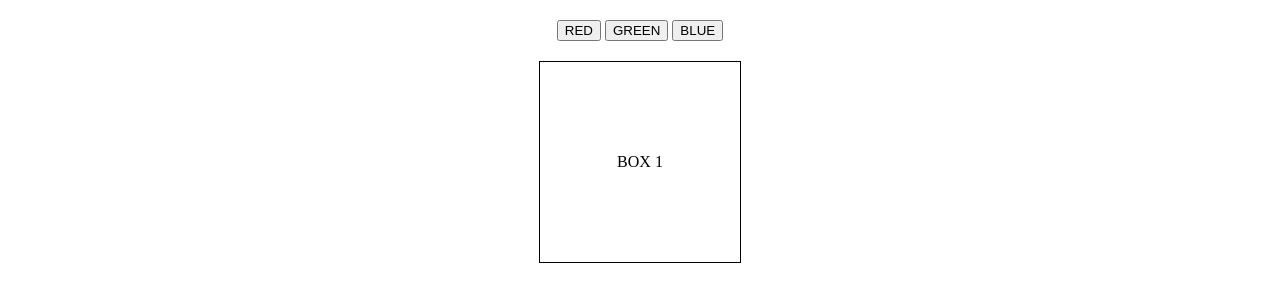
Repository: shinsil0601/webstudy
Page: 03_JavaScript/src/main/webapp/day02/ex16_event.html
An editor plug-in stored every save of this project. The page is shown before and after the next save, followed by the edit.
The browser window is 1280 px wide. The pictures show the whole page.
After loading, the first visible `button` was clicked once.

Above is the page before, as saved 2023-06-28 07:17:49.

After the next save:
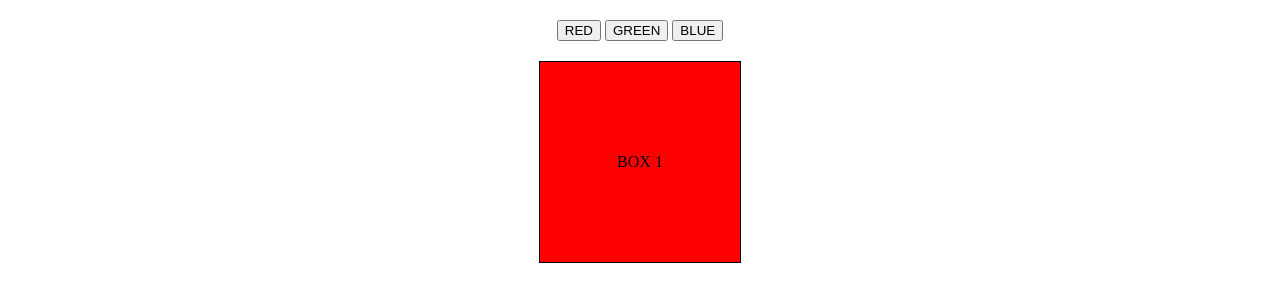
Saved 3 min 52 s later.
--- a/03_JavaScript/src/main/webapp/day02/ex16_event.html
+++ b/03_JavaScript/src/main/webapp/day02/ex16_event.html
@@ -15,13 +15,13 @@
 </style>
 <script type="text/javascript">
 	function setRed() {
-
+		document.getElementById("box1").style.background="red";
 	}
 	function setGreen() {
-
+		document.getElementById("box1").style.background="green";
 	}
 	function setBlue() {
-
+		document.getElementById("box1").style.background="blue";
 	}
 </script>
 </head>
